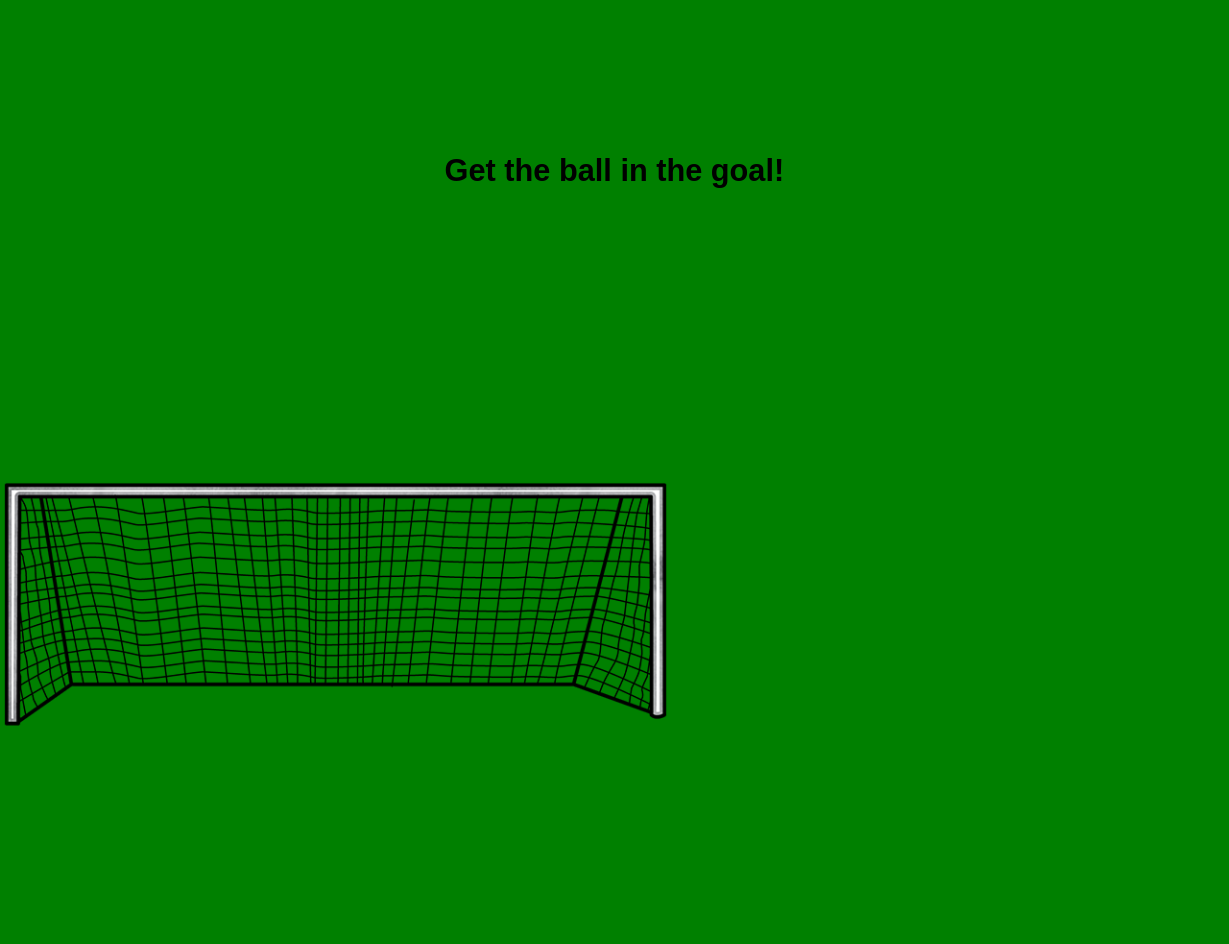
Repository: alexmaddux99/Lab3
Page: mouse-events.html
The author's editor kept a copy of each file at every save. The page is drawn from the files as they stood at one save, then again after the next save.
The browser window is 1280 px wide. The pictures show the whole page, at 96% of full size.

Above is the page before, as saved 2022-03-06 17:41:05.

### mouse-events.html
<!DOCTYPE html>
<html lang="en">

<head>
    <meta charset="UTF-8">
    <meta http-equiv="X-UA-Compatible" content="IE=edge">
    <meta name="viewport" content="width=device-width, initial-scale=1.0">
    <title>GOAL!</title>
    <style>
        body {
            background-color: green;
            margin:0;
            height:100vh;
        }

        div {
            height: 300px;
            width: 300px;
            transition: transform 1s;

        }

        p {
            margin-top: 10rem;
            text-align: center;
            font: bold 2rem sans-serif;
        }


        .ball {
            border-radius: 50%;
            width: 50px;
            height: 50px;
            background: white;
            opacity: 0;
            transition: transform 1s;
        }



    </style>
</head>

<body>

    <p>Get the ball in the goal!</p>

    <div id="dot" class="ball"></div>

    <img src="/images/goal.png" alt="GOAL!" class="goal">







    <script>
        var dot = document.getElementById('dot');
        document.body.addEventListener('click', (e) => {
            console.log("Client: " , e.clientX , e.clientY)
            console.log("Page: " , e.pageX , e.pageY)
            console.log("Screen: " , e.screenX , e.screenY)
            console.log("Event Object: ", e);
            dot.style.transform = `translateY(${e.clientY - 25}px)`;
            dot.style.transform += `translateX(${e.clientX - 25}px)`;
            dot.style.opacity = 1;
        }, false);
    </script>
</body>

</html>

After the next save:
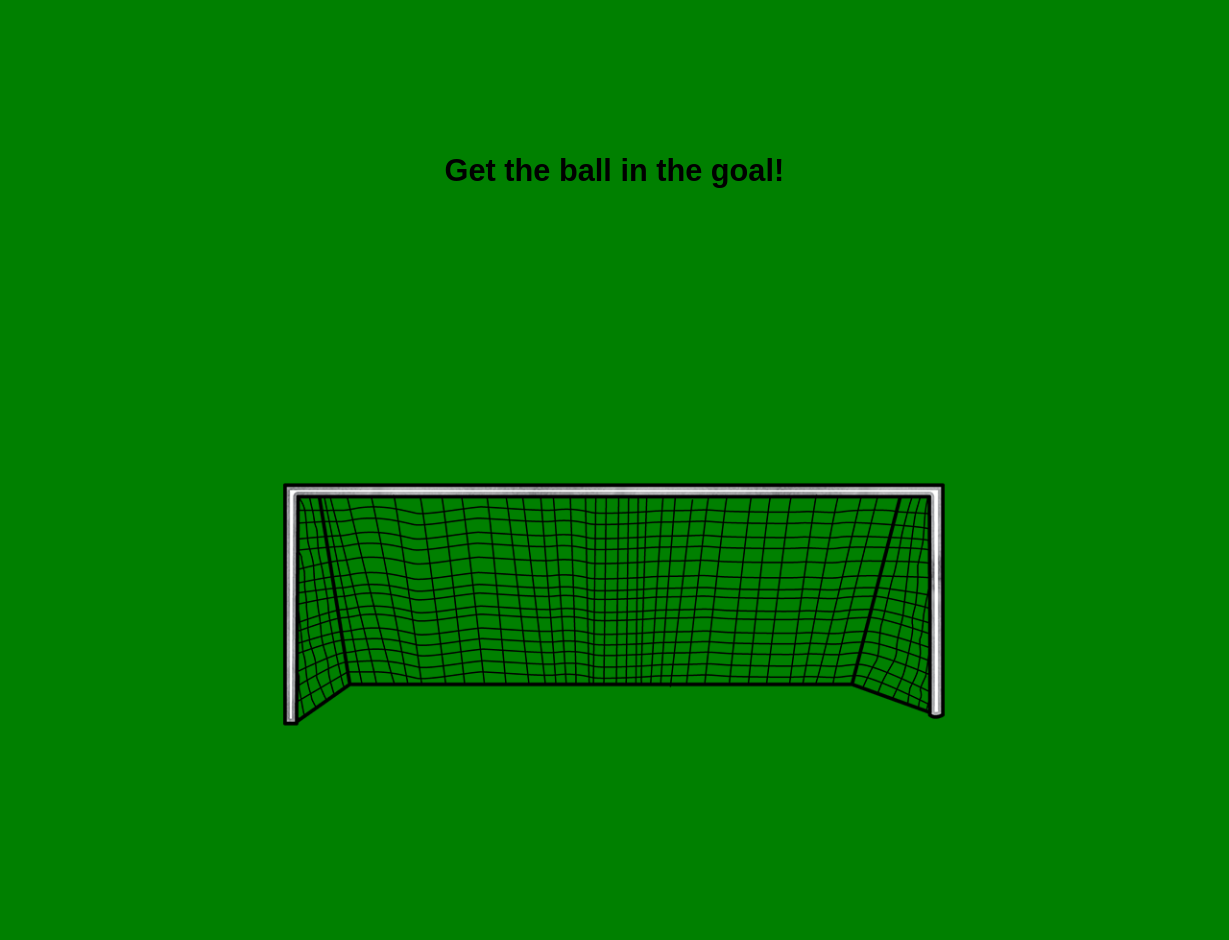
Saved 35 s later.
--- a/mouse-events.html
+++ b/mouse-events.html
@@ -36,6 +36,12 @@
             transition: transform 1s;
         }
 
+        img{
+            display: block;
+  margin-left: auto;
+  margin-right: auto;
+        }
+
 
 
     </style>
